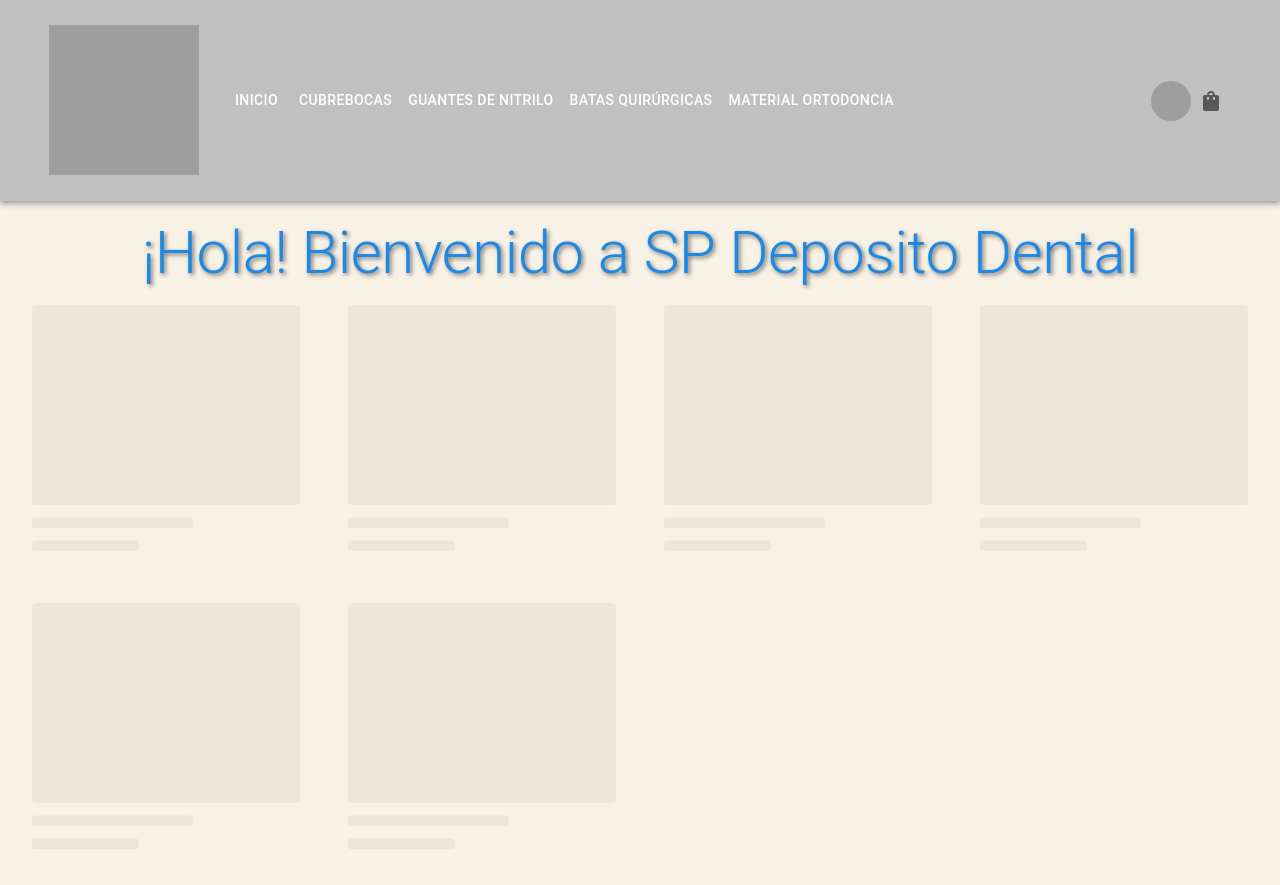
Repository: SebastianPineiro10/ecommerce-coderhouse
Page: /
These files come from the project's save history. The page is drawn as it stood at one moment and after the next save; the edit follows.
The browser window is 1280 px wide. The pictures show the whole page.
Pictures or frames that could not be fetched are drawn as grey boxes. The page's requests for data from a server got no answer. The project was rebuilt for these pictures with package versions that can differ from the ones it lists, and the page was loaded fresh each time. No one was signed in, and anything a server would have sent is missing. Also part of the build but not shown: vite.config.js, src/components/common/card/productcard.css, src/components/common/card/ProductCard.jsx, src/components/pages/ItemListContainer/ItemList.jsx, src/components/pages/ItemDetail/ItemDetail.jsx, src/components/pages/ItemDetail/ItemDetailContainer.jsx, src/components/pages/cart/CartContainer.jsx, src/components/pages/checkout/Checkout.jsx and 1 more.

Above is the page before, as saved 2024-11-18 22:26:30.

### index.html
<!doctype html>
<html lang="en">
  <head>
    <meta charset="UTF-8" />
    <link rel="icon" type="favicon" href="/public/favicon.ico" />
    <meta name="viewport" content="width=device-width, initial-scale=1.0" />
    <title>SP Depósito Dental</title>
    <meta name="description" content="Bienvenido a SP Depósito Dental, su tienda de confianza para productos dentales." />
    <meta name="keywords" content="dental, productos dentales, tienda, e-commerce" />

  </head>
  <body>
    <div id="root"></div>
    <script type="module" src="/src/main.jsx"></script>
  </body>
</html>

### src/main.jsx
import { createRoot } from 'react-dom/client'
import App from './App.jsx'
import './index.css'


createRoot(document.getElementById("root")).render(<App />);

### src/App.jsx
import { BrowserRouter } from 'react-router-dom';
import { Routes, Route } from 'react-router-dom';
import { CartProvider } from './context/CartContext';
import NavBar from './components/layout/navbar/NavBar';
import {ItemListContainer} from './components/pages/ItemListContainer/ItemListContainer';
import ItemDetailContainer from './components/pages/ItemDetail/ItemDetailContainer';
import CartContainer from './components/pages/cart/CartContainer';
import { Toaster } from 'sonner';
import Checkout from './components/pages/checkout/Checkout';
import Brief from './components/pages/brief/Brief';


const App = () => {
  return (
    <CartProvider>
      <BrowserRouter>
      <Toaster duration={2000} richColors position="bottom-right" />
        <NavBar />
        <Routes>
          <Route
            path="/"
            element={<ItemListContainer greeting="¡Hola! Bienvenido a SP Deposito Dental" />}
          />
          <Route path="/category/:categoryId" element={<ItemListContainer greeting="¡Hola! Bienvenido a SP Deposito Dental" />} />
          <Route path="/item/:itemId" element={<ItemDetailContainer />} />
          <Route path="/cart" element={<CartContainer />} />
          <Route path="/checkout" element={<Checkout />} />
          <Route path="/brief" element={<Brief />} />
          <Route path="*" element={<h2>404 not found</h2>} />
        </Routes>
      </BrowserRouter>
    </CartProvider>
  );
};

export default App;

### src/index.css
body {
  background-color: #F8F1E5;
  margin: 0;
  font-family: 'Roboto', sans-serif;
  color: #2C3E50;
}

### src/context/CartContext.jsx
import { createContext, useState, useContext } from "react";
import PropTypes from "prop-types";
import { toast } from "sonner";

const CartContext = createContext();

export const CartProvider = ({ children }) => {
  const [cart, setCart] = useState([]);
  const [isCheckout, setIsCheckout] = useState(false);

  // Función para generar un identificador único para cada producto en el carrito
  const generateCartItemId = () => `cart-${Date.now()}-${Math.random()}`;

  // Función para agregar productos al carrito
  const addToCart = (product) => {
    // Buscar si el producto ya está en el carrito
    const existingItem = cart.find(item => item.cartItemId === product.cartItemId);

    if (existingItem) {
      // Si el producto ya existe en el carrito
      const totalQuantity = existingItem.quantity + 1; // Incrementamos la cantidad

      // Verificamos si la cantidad no excede el stock
      if (totalQuantity <= product.stock) {
        setCart(prevCart =>
          prevCart.map(item =>
            item.cartItemId === product.cartItemId
            ? { ...item, quantity: totalQuantity }
            : item
          )
        );
        toast.success(`La cantidad de ${product.title} se ha actualizado a ${totalQuantity}`);
      } else {
        // Si la cantidad excede el stock
        toast.error(`No puedes agregar más de ${product.stock} unidades de ${product.title}.`);
      }
    } else {
      // Si el producto no está en el carrito y hay stock disponible
      if (product.stock > 0) {
        const newCartItem = { ...product, cartItemId: generateCartItemId(), quantity: 1 }; // Agregamos el producto con cantidad 1
        setCart(prevCart => [...prevCart, newCartItem]);
        toast.success(`${product.title} ha sido añadido al carrito`);
      } else {
        // Si el producto está agotado
        toast.error(`El producto ${product.title} está agotado.`);
      }
    }
  };

  // Función para eliminar productos del carrito
  const removeFromCart = (cartItemId) => {
    setCart(prevCart => {
      const updatedCart = prevCart.filter(item => item.cartItemId !== cartItemId);
      toast.error("Producto eliminado del carrito");
      return updatedCart;
    });
  };

  // Función para actualizar la cantidad de un producto
  const updateQuantity = (cartItemId, quantity) => {
    if (quantity < 1) return;

    const item = cart.find(item => item.cartItemId === cartItemId);

    // Verificar si la nueva cantidad no excede el stock
    if (item && quantity <= item.stock) {
      setCart(prevCart => {
        const updatedCart = prevCart.map(item =>
          item.cartItemId === cartItemId ? { ...item, quantity } : item
        );
        toast.info("Cantidad actualizada");
        return updatedCart;
      });
    } else {
      toast.error("No puedes agregar más de lo disponible en stock.");
    }
  };

  // Función para obtener el total de la compra
  const getTotal = () => {
    return cart.reduce((total, item) => total + (item.price * item.quantity || 0), 0);
  };

  // Función para obtener la cantidad total de productos en el carrito
  const getTotalQuantity = () => {
    return cart.reduce((total, item) => total + (item.quantity || 0), 0);
  };

  // Función para vaciar el carrito
  const clearCart = () => {
    setCart([]);
    toast.success("Carrito vacío");
  };

  // Función para iniciar el proceso de checkout
  const startCheckout = () => {
    setIsCheckout(true);
  };

  // Función para resetear el estado de checkout
  const resetCheckout = () => {
    setIsCheckout(false);
  };

  return (
    <CartContext.Provider value={{
      cart,
      addToCart,
      removeFromCart,
      updateQuantity,
      getTotal,
      getTotalQuantity,
      clearCart,
      startCheckout,
      resetCheckout,
      isCheckout
    }}>
      {children}
    </CartContext.Provider>
  );
};

CartProvider.propTypes = {
  children: PropTypes.node.isRequired,
};

// Custom hook para consumir el CartContext
export const useCart = () => useContext(CartContext);

### src/components/layout/navbar/NavBar.jsx
import * as React from 'react';
import AppBar from '@mui/material/AppBar';
import Box from '@mui/material/Box';
import Toolbar from '@mui/material/Toolbar';
import IconButton from '@mui/material/IconButton';
import Typography from '@mui/material/Typography';
import Menu from '@mui/material/Menu';
import MenuIcon from '@mui/icons-material/Menu';
import Container from '@mui/material/Container';
import Avatar from '@mui/material/Avatar';
import Button from '@mui/material/Button';
import Tooltip from '@mui/material/Tooltip';
import MenuItem from '@mui/material/MenuItem';
import CartWidget from '../../common/cartWidget/Cartwidget'
import { NavLink } from 'react-router-dom';
import "./Navbar.css";

const pages = [
  { name: 'Inicio', route: '/' },
  { name: 'Cubrebocas', route: '/category/cubrebocas' },
  { name: 'Guantes de Nitrilo', route: '/category/guantes' },
  { name: 'Batas Quirúrgicas', route: '/category/batas' },
  { name: 'Material ortodoncia', route: '/category/ortodoncia'},

];
const settings = ['Mi Perfil', 'Cuenta', 'Mis Compras', 'Cerrar sesión', 'Buscar'];

function ResponsiveAppBar() {
  const [anchorElNav, setAnchorElNav] = React.useState(null);
  const [anchorElUser, setAnchorElUser] = React.useState(null);

  const handleOpenNavMenu = (event) => {
    setAnchorElNav(event.currentTarget);
  };

  const handleOpenUserMenu = (event) => {
    setAnchorElUser(event.currentTarget);
  };

  const handleCloseNavMenu = () => {
    setAnchorElNav(null);
  };

  const handleCloseUserMenu = () => {
    setAnchorElUser(null);
  };

  return (
    <AppBar position="static">
      <Container maxWidth="xl">
        <Toolbar disableGutters>
          <Box sx={{ display: 'flex', flexDirection: 'column', alignItems: 'center', mr: 3.5 }}>
            <img
              src="https://res.cloudinary.com/dcerhiol0/image/upload/v1730231790/file_9_jmsjn0.png"
              alt="Logo"
              style={{ height: '150px', marginBottom: '1px', width: '150px' }}
            />
            <Typography
              variant="caption"
              noWrap
              component={NavLink}
              to="/"
              sx={{
                fontFamily: 'monospace',
                fontWeight: 700,
                letterSpacing: '.3rem',
                color: 'inherit',
                textDecoration: 'none',
              }}
            >

            </Typography>
          </Box>


          <Box sx={{ flexGrow: 1, display: { xs: 'flex', md: 'none' }, justifyContent: 'center', gap: 5 }}>
            <IconButton
              size="large"
              aria-label="menu"
              aria-controls="menu-appbar"
              aria-haspopup="true"
              onClick={handleOpenNavMenu}
              color="inherit"
            >
              <MenuIcon />
            </IconButton>
            <Menu
              id="menu-appbar"
              anchorEl={anchorElNav}
              anchorOrigin={{ vertical: 'bottom', horizontal: 'left' }}
              keepMounted
              transformOrigin={{ vertical: 'top', horizontal: 'left' }}
              open={Boolean(anchorElNav)}
              onClose={handleCloseNavMenu}
              sx={{ display: { xs: 'block', md: 'none' } }}
            >
              {pages.map((page) => (
                <MenuItem key={page.name} onClick={handleCloseNavMenu}>
                  <Typography textAlign="center">
                    <NavLink to={page.route} style={{ textDecoration: 'none', color: 'inherit' }}>{page.name}</NavLink>
                  </Typography>
                </MenuItem>
              ))}
            </Menu>
          </Box>


          <Box sx={{ flexGrow: 1, display: { xs: 'none', md: 'flex' } }}>
            {pages.map((page) => (
              <Button
                key={page.name}
                onClick={handleCloseNavMenu}
                component={NavLink}
                to={page.route}
                sx={{ my: 2, color: 'white', display: 'block' }}
              >
                {page.name}
              </Button>
            ))}
          </Box>


          <Box sx={{ flexGrow: 0 }}>
            <Tooltip title="Abrir ajustes">
              <IconButton onClick={handleOpenUserMenu} sx={{ p: 0 }}>
                <Avatar alt="User Avatar" src="/static/images/avatar/2.jpg" />
              </IconButton>
            </Tooltip>
            <Menu
              sx={{ mt: '45px' }}
              id="menu-appbar"
              anchorEl={anchorElUser}
              anchorOrigin={{ vertical: 'top', horizontal: 'right' }}
              keepMounted
              transformOrigin={{ vertical: 'top', horizontal: 'right' }}
              open={Boolean(anchorElUser)}
              onClose={handleCloseUserMenu}
            >
              {settings.map((setting) => (
                <MenuItem key={setting} onClick={handleCloseUserMenu}>
                  <Typography textAlign="center">{setting}</Typography>
                </MenuItem>
              ))}
            </Menu>
            <CartWidget itemCount={3} />
          </Box>
        </Toolbar>
      </Container>
    </AppBar>
  );
}

export default ResponsiveAppBar;

### src/components/pages/ItemListContainer/ItemListContainer.jsx
import PropTypes from 'prop-types';
import { Skeleton, Box, Typography, Button } from "@mui/material";
import { useState, useEffect } from "react";
import { useParams } from "react-router-dom";
import { collection, getDocs, query, where, addDoc, updateDoc, doc } from "firebase/firestore";
import { db } from "../../../firebaseConfig";
import { products } from "../../../products";
import ItemList from "./ItemList";
import "./itemlistcontainer.css";

export const ItemListContainer = ({greeting}) => {
  const { categoryId } = useParams();
  const [items, setItems] = useState([]);
  const [isAdmin] = useState(false);


  useEffect(() => {
    const fetchProducts = async () => {
      const productsCollection = collection(db, "products");
      let docsRef = productsCollection;

      if (categoryId) {
        docsRef = query(productsCollection, where("category", "==", categoryId));
      }

      const querySnapshot = await getDocs(docsRef);
      const productsFromFirestore = querySnapshot.docs.map((doc) => ({
        ...doc.data(),
        id: doc.id,
      }));
      setItems(productsFromFirestore);
    };

    fetchProducts();
  }, [categoryId]);


  const uploadProductsToFirestore = async () => {
    const productsCollection = collection(db, "products");


    const querySnapshot = await getDocs(productsCollection);
    const existingProducts = querySnapshot.docs.map((doc) => ({
      ...doc.data(),
      id: doc.id,
    }));


    for (let product of products) {

      const existingProduct = existingProducts.find(
        (existing) => existing.title === product.title
      );

      if (existingProduct) {

        const productRef = doc(db, "products", existingProduct.id);
        await updateDoc(productRef, {
          ...product,
        });
        console.log(`Producto actualizado: ${product.title}`);


        product.isUploaded = true;
      } else {

        await addDoc(productsCollection, product);
        console.log(`Producto agregado: ${product.title}`);


        product.isUploaded = true;
      }
    }


    alert("Productos actualizados o agregados correctamente!");
  };

  return (
    <Box sx={{ padding: 2 }}>
      <Typography variant="h2" className="welcome-title">
        {greeting}
      </Typography>


      {isAdmin && (
        <Button
          variant="contained"
          color="primary"
          onClick={uploadProductsToFirestore}
          sx={{ marginBottom: 2 }}
        >
          Subir/Actualizar Productos en Firestore
        </Button>
      )}

      {items.length === 0 ? (
        <Box sx={{ display: "grid", gridTemplateColumns: "repeat(auto-fill, minmax(250px, 1fr))", gap: 2 }}>

          {Array.from({ length: 6 }).map((_, index) => (
            <Box key={index} sx={{ padding: 2 }}>
              <Skeleton variant="rectangular" width="100%" height={200} sx={{ borderRadius: 1 }} /> {/* Imagen */}
              <Skeleton variant="text" width="60%" sx={{ marginTop: 1 }} /> {/* Título */}
              <Skeleton variant="text" width="40%" sx={{ marginTop: 0.5 }} /> {/* Precio */}
            </Box>
          ))}
        </Box>
      ) : (
        <ItemList items={items} />
      )}
    </Box>
  );
};
ItemListContainer.propTypes = {
  greeting: PropTypes.string.isRequired,
};

export default ItemListContainer;

### src/components/common/cartWidget/Cartwidget.jsx
import { useCart } from '../../../context/CartContext';
import { Link } from 'react-router-dom';
import IconButton from '@mui/material/IconButton';
import Badge from '@mui/material/Badge';
import ShoppingBagIcon from '@mui/icons-material/ShoppingBag';

const CartWidget = () => {
  const { cart } = useCart();

  const itemCount = cart.reduce((total, item) => total + item.quantity, 0);

  return (
    <Link to="/cart" style={{ textDecoration: 'none' }}>
      <IconButton aria-label="cart">
        <Badge badgeContent={itemCount} color="secondary">
          <ShoppingBagIcon />
        </Badge>
      </IconButton>
    </Link>
  );
};

export default CartWidget;

### src/components/layout/navbar/Navbar.css
.MuiAppBar-root {
    background-color: rgb(192, 192, 192) !important;
    box-shadow: 0px 2px 10px rgba(0, 0, 0, 0.1);
    position: fixed;
    top: 0;
    left: 0;
    width: 100%;
    z-index: 1100;

  }

  .MuiToolbar-root {
    display: flex;
    justify-content: space-between;
    align-items: center;
    padding: 25px;
    min-height: 64px;
  }

  .MuiToolbar-regular {
    display: flex;
    justify-content: space-between;
  }


  .MuiButton-root {
    margin-left: 10px;
    margin-right: 10px;
    padding: 10px 16px;
    transition: background-color 0.3s ease;

  }

  .MuiButton-root:hover {
      color: navy;
  }


.MuiMenu-paper {
    background-color:  rgb(192, 192, 192)!important;
    color: white !important;
}

### src/components/pages/ItemListContainer/ItemListContainer.css
.greeting-text {
    font-size: 12px;
    color: white;
  }
  .welcome-title {
    font-family: 'Poppins', sans-serif; /* Fuente moderna */
    font-size: 3rem; /* Tamaño grande */
    color: #1e88e5; /* Azul vibrante */
    text-align: center; /* Centrado */
    font-weight: bold; /* Negritas */
    text-shadow: 2px 2px 4px rgba(0, 0, 0, 0.5); /* Sombra para destacar */
    margin-top: 20px;
    letter-spacing: 2px; /* Espaciado entre letras */
    transition: transform 0.3s ease-in-out, color 0.3s ease-in-out;
  }

  .welcome-title:hover {

    transform: scale(1.1); /* Agranda el texto al pasar el mouse */
  }

### src/components/pages/checkout/checkout.css
.checkout-container {
    display: flex;
    flex-direction: column;
    justify-content: flex-start;
    align-items: center;
    max-width: 450px;
    margin: 50px auto;
    padding: 30px;
    background-color: #ffffff;
    border-radius: 10px;
    box-shadow: 0 10px 30px rgba(0, 0, 0, 0.1);
    width: 100%;
    box-sizing: border-box;
    transition: transform 0.3s ease-in-out, box-shadow 0.3s ease-in-out;
  }


  .checkout-container:hover {
    box-shadow: 0 10px 20px rgba(0, 0, 0, 0.25);
    transform: translateY(-1px);
  }


  h2 {
    color: #333;
    font-size: 26px;
    font-weight: 700;
    margin-bottom: 20px;
    text-align: left;
    letter-spacing: 1px;
    width: 100%;  /* Hace que el título ocupe todo el ancho del contenedor */
  }


  .checkout-form {
    display: flex;
    flex-direction: column;
    gap: 20px;
    width: 100%;
    align-items: center;
  }


  input {
    padding: 12px 15px;
    border: 1px solid #ddd;
    border-radius: 6px;
    font-size: 14px;
    width: 100%;
    max-width: 400px;
    height: 40px;
    margin-bottom: 15px;
    transition: border-color 0.3s ease-in-out;
  }


  input:focus {
    border-color: #007BFF;
    outline: none;
  }


  button {
    padding: 12px 20px;
    background-color: #007BFF;
    color: white;
    border: none;
    border-radius: 6px;
    font-size: 16px;
    cursor: pointer;
    width: auto;
    transition: background-color 0.3s ease, transform 0.3s ease-in-out;
  }


  button:hover {
    background-color: #0056b3;
    transform: translateY(-2px);
  }

  button:active {
    background-color: #003d80;
    transform: translateY(2px);
  }

Loaded but not shown: src/products.js (92 lines, source omitted); src/firebaseConfig.js (15 lines, source omitted)

After the next save:
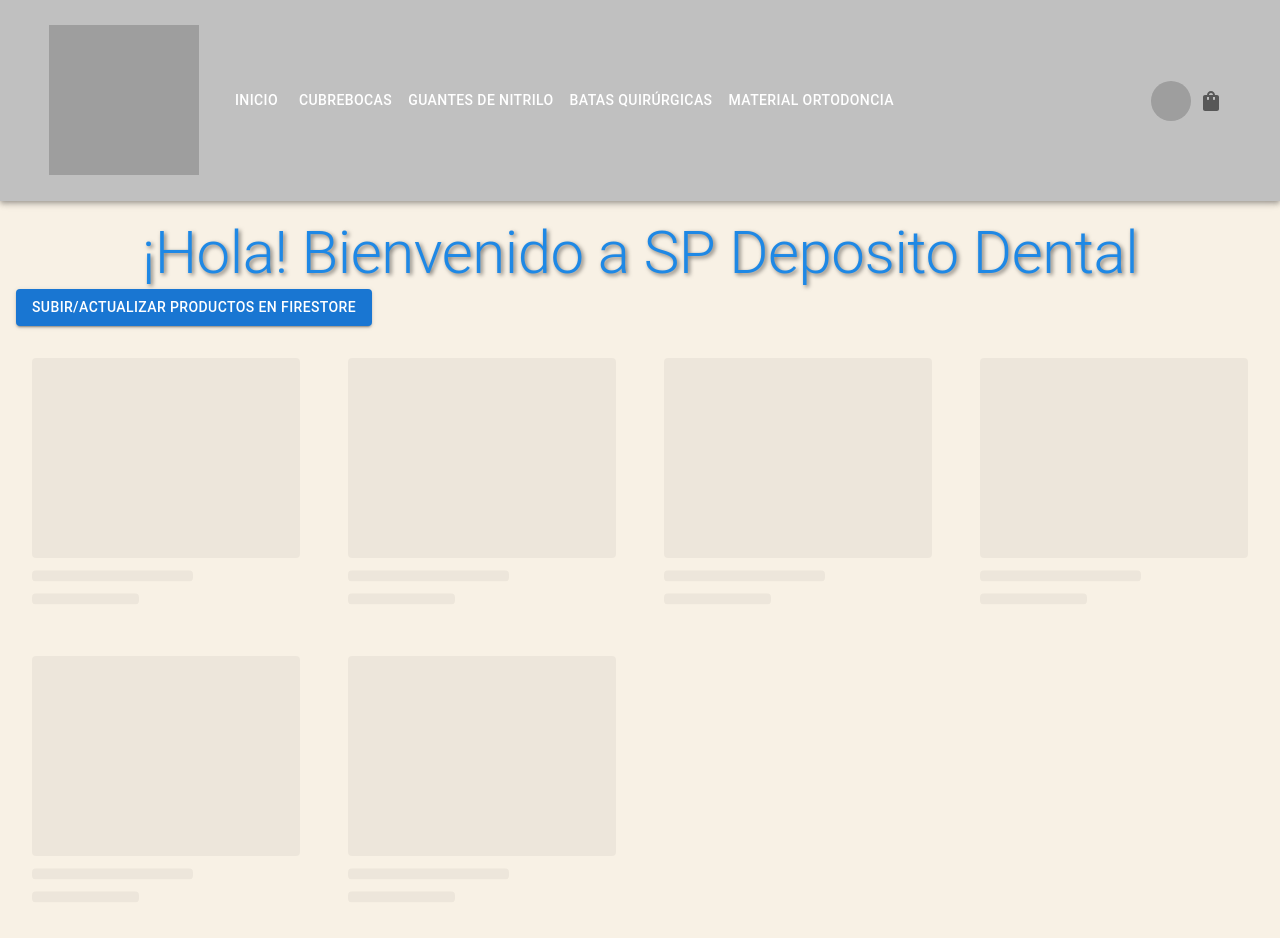
Saved 76 s later.
--- a/src/components/pages/ItemListContainer/ItemListContainer.jsx
+++ b/src/components/pages/ItemListContainer/ItemListContainer.jsx
@@ -11,7 +11,7 @@
 export const ItemListContainer = ({greeting}) => {
   const { categoryId } = useParams();
   const [items, setItems] = useState([]);
-  const [isAdmin] = useState(false);
+  const [isAdmin] = useState(true);
 
 
   useEffect(() => {

After the save that followed:
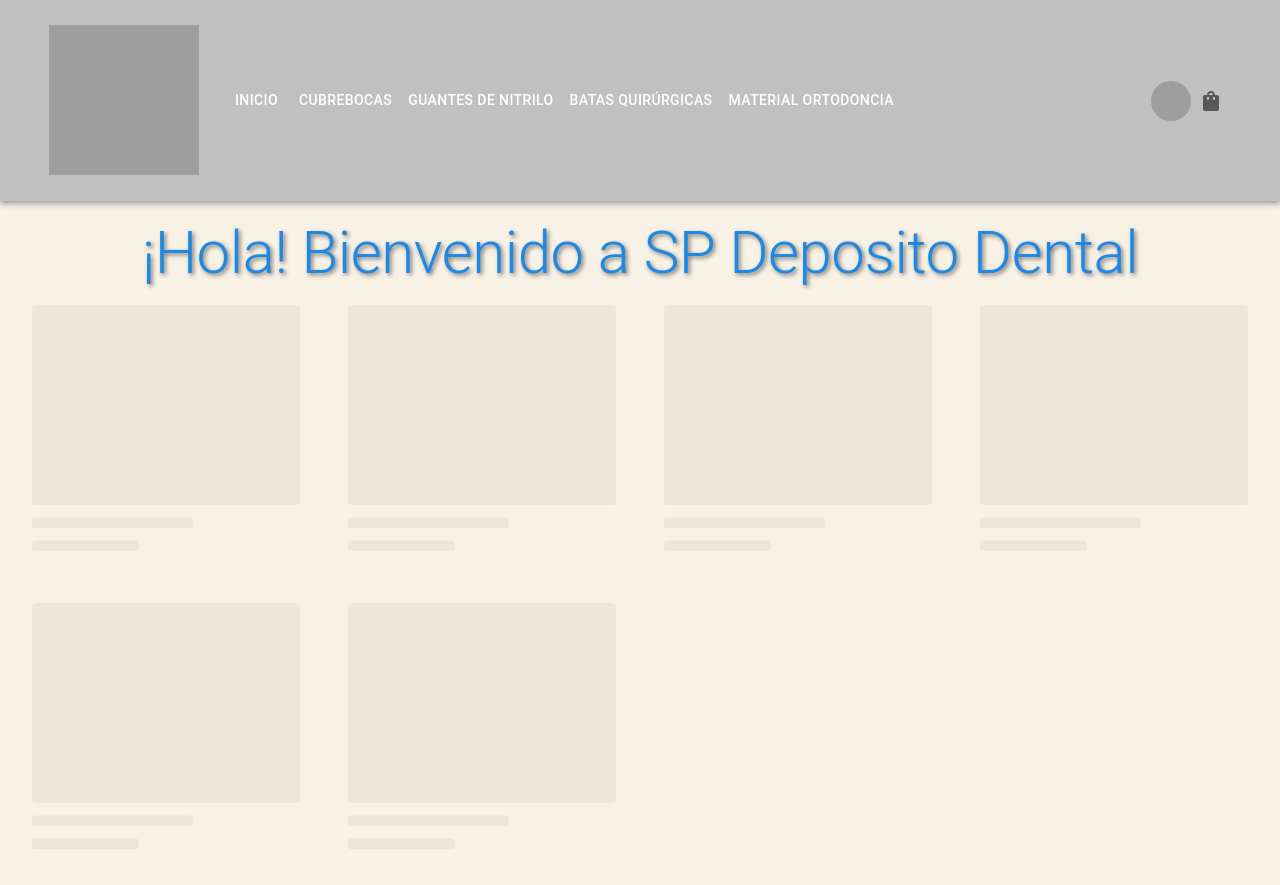
Saved 9 s later.
--- a/src/components/pages/ItemListContainer/ItemListContainer.jsx
+++ b/src/components/pages/ItemListContainer/ItemListContainer.jsx
@@ -11,7 +11,7 @@
 export const ItemListContainer = ({greeting}) => {
   const { categoryId } = useParams();
   const [items, setItems] = useState([]);
-  const [isAdmin] = useState(true);
+  const [isAdmin] = useState(false);
 
 
   useEffect(() => {
